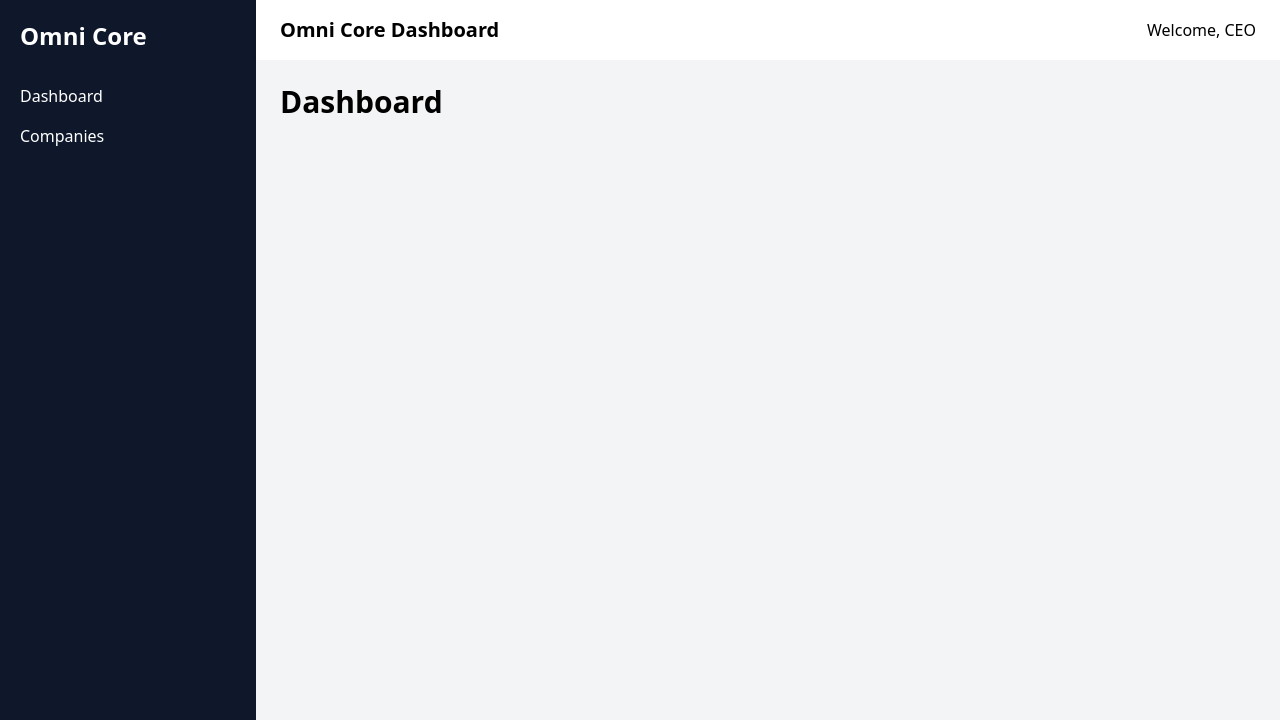
Repository: CoderShanto/Omni-Core
Page: / (app in frontend/)
The author's editor kept a copy of each file at every save. The page is drawn from the files as they stood at one save, then again after the next save.
The browser window is 1280 px wide. The pictures show the whole page.
The project was rebuilt for these pictures with package versions that can differ from the ones it lists, and the page was loaded fresh each time. Also part of the build but not shown: frontend/vite.config.ts, frontend/src/components/Button.tsx, frontend/src/components/CompanyForm.tsx, frontend/src/components/CompanyModal.tsx, frontend/src/services/api.ts, frontend/src/services/company.service.ts, frontend/src/pages/Companies.tsx, frontend/src/pages/Departments.tsx and 3 more.

Above is the page before, as saved 2026-08-10 16:01:09.

### frontend/index.html
<!doctype html>
<html lang="en">
  <head>
    <meta charset="UTF-8" />
    <link rel="icon" type="image/svg+xml" href="/favicon.svg" />
    <meta name="viewport" content="width=device-width, initial-scale=1.0" />
    <title>frontend</title>
  </head>
  <body>
    <div id="root"></div>
    <script type="module" src="/src/main.tsx"></script>
  </body>
</html>

### frontend/src/App.tsx
import AppRoutes from "./routes/AppRoutes";

function App() {
  return <AppRoutes />;
}

export default App;

### frontend/src/routes/AppRoutes.tsx
import { BrowserRouter, Routes, Route } from "react-router-dom";

import MainLayout from "../layouts/MainLayout";

import Dashboard from "../pages/Dashboard";
import Companies from "../pages/Companies";
import Departments from "../pages/Departments";
import Positions from "../pages/Positions";
import Employees from "../pages/Employees";
import Teams from "../pages/Teams";

const AppRoutes = () => {
  return (
    <BrowserRouter>
      <Routes>

        <Route path="/" element={<MainLayout />}>

          <Route index element={<Dashboard />} />

          <Route
            path="companies"
            element={<Companies />}
          />

          <Route
            path="departments"
            element={<Departments />}
          />

          <Route
            path="positions"
            element={<Positions />}
          />

          <Route
            path="employees"
            element={<Employees />}
          />

          <Route
            path="teams"
            element={<Teams />}
          />

        </Route>

      </Routes>
    </BrowserRouter>
  );
};

export default AppRoutes;

### frontend/src/layouts/MainLayout.tsx
import { Outlet } from "react-router-dom";
import Sidebar from "../components/Sidebar";
import Navbar from "../components/Navbar";

const MainLayout = () => {
  return (
    <div className="min-h-screen flex">
      {/* Sidebar */}
      <Sidebar />

      {/* Main Content */}
      <div className="flex-1 flex flex-col">
        <Navbar />

        <main className="p-6 bg-gray-100 flex-1">
          <Outlet />
        </main>
      </div>
    </div>
  );
};

export default MainLayout;

### frontend/src/pages/Dashboard.tsx
const Dashboard = () => {
  return <h1 className="text-3xl font-bold">Dashboard</h1>;
};

export default Dashboard;

### frontend/src/components/Sidebar.tsx
import { Link } from "react-router-dom";

const Sidebar = () => {
  return (
    <aside className="w-64 bg-slate-900 text-white min-h-screen p-5">
      <h2 className="text-2xl font-bold mb-8">
        Omni Core
      </h2>

      <nav className="space-y-4">

        <Link to="/" className="block hover:text-blue-400">
          Dashboard
        </Link>

        <Link
          to="/companies"
          className="block hover:text-blue-400"
        >
          Companies
        </Link>

        {/* <Link
          to="/departments"
          className="block hover:text-blue-400"
        >
          Departments
        </Link> */}

        {/* <Link
          to="/positions"
          className="block hover:text-blue-400"
        >
          Positions
        </Link>

        <Link
          to="/employees"
          className="block hover:text-blue-400"
        >
          Employees
        </Link>

        <Link
          to="/teams"
          className="block hover:text-blue-400"
        >
          Teams
        </Link> */}

      </nav>
    </aside>
  );
};

export default Sidebar;

### frontend/src/components/Navbar.tsx
const Navbar = () => {
  return (
    <header className="bg-white shadow px-6 py-4 flex justify-between items-center">
      <h1 className="text-xl font-semibold">
        Omni Core Dashboard
      </h1>

      <div>
        Welcome, CEO
      </div>
    </header>
  );
};

export default Navbar;

Loaded but not shown: frontend/src/main.tsx (common file); frontend/src/index.css (common file)

After the next save:
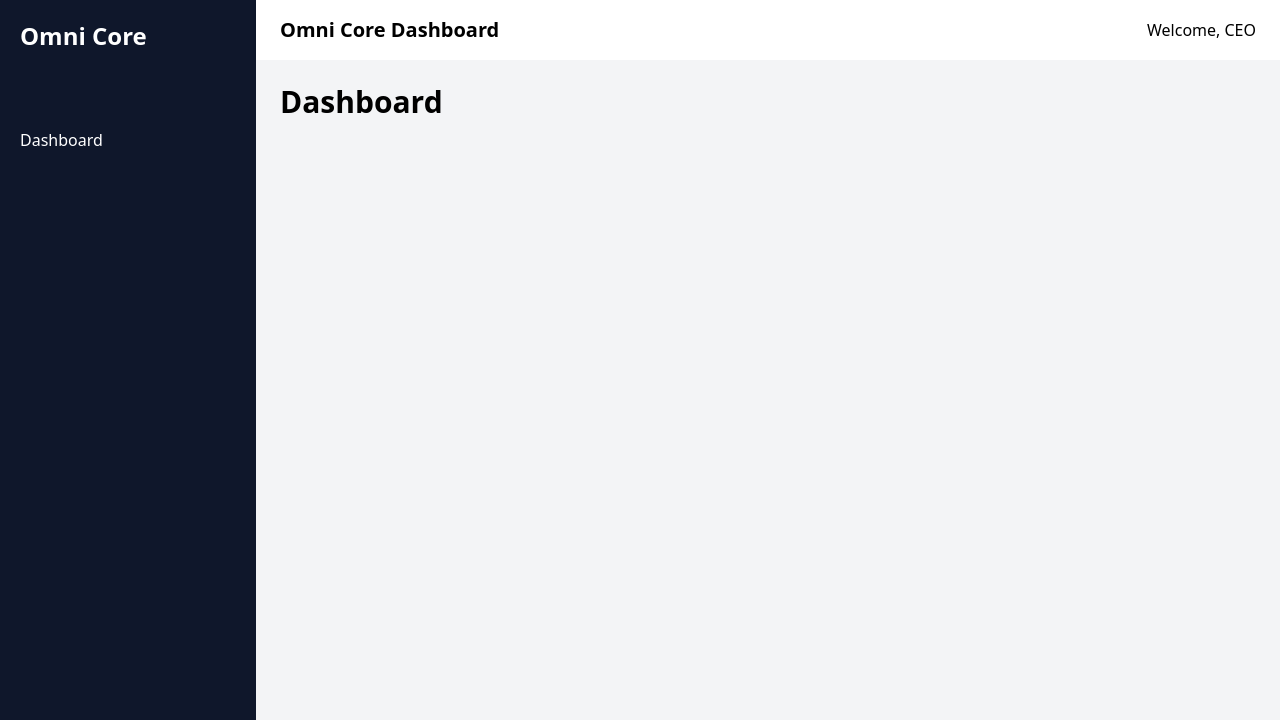
Saved 3 min 18 s later.
--- a/frontend/src/components/Sidebar.tsx
+++ b/frontend/src/components/Sidebar.tsx
@@ -1,52 +1,43 @@
 import { Link } from "react-router-dom";
 
 const Sidebar = () => {
+  const user = JSON.parse(
+    localStorage.getItem("user") || "{}"
+  );
+
+  const role = user.role;
+
   return (
     <aside className="w-64 bg-slate-900 text-white min-h-screen p-5">
+
       <h2 className="text-2xl font-bold mb-8">
         Omni Core
       </h2>
 
+      <p className="text-sm text-slate-400 mb-6">
+        {user.name}
+        <br />
+        {role}
+      </p>
+
       <nav className="space-y-4">
 
-        <Link to="/" className="block hover:text-blue-400">
+        <Link
+          to="/"
+          className="block hover:text-blue-400"
+        >
           Dashboard
         </Link>
 
-        <Link
-          to="/companies"
-          className="block hover:text-blue-400"
-        >
-          Companies
-        </Link>
-
-        {/* <Link
-          to="/departments"
-          className="block hover:text-blue-400"
-        >
-          Departments
-        </Link> */}
-
-        {/* <Link
-          to="/positions"
-          className="block hover:text-blue-400"
-        >
-          Positions
-        </Link>
-
-        <Link
-          to="/employees"
-          className="block hover:text-blue-400"
-        >
-          Employees
-        </Link>
-
-        <Link
-          to="/teams"
-          className="block hover:text-blue-400"
-        >
-          Teams
-        </Link> */}
+        {(role === "super_admin" ||
+          role === "ceo") && (
+          <Link
+            to="/companies"
+            className="block hover:text-blue-400"
+          >
+            Companies
+          </Link>
+        )}
 
       </nav>
     </aside>
